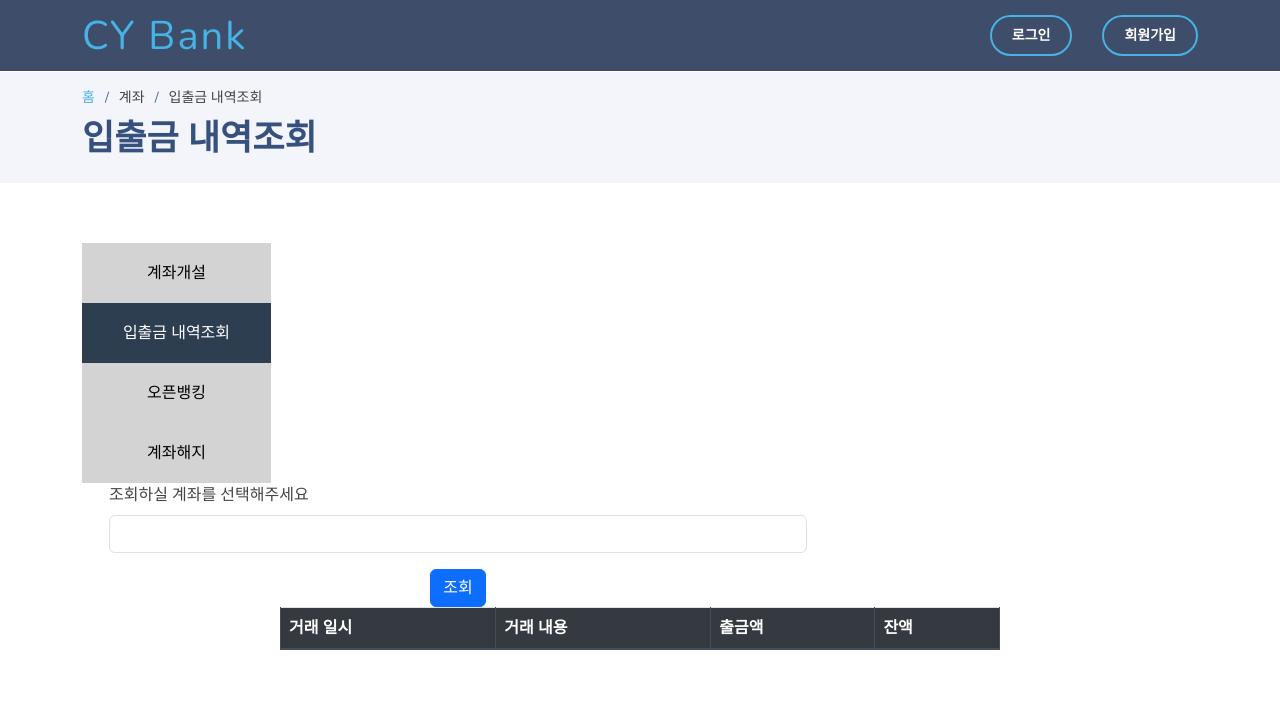
Repository: scy0814/Spring
Page: http://localhost/CYBank/jsp/transaction/TransactionHistoryProcess.jsp
The author's editor kept a copy of each file at every save. The page is drawn from the files as they stood at one save, then again after a run of saves.
The browser window is 1280 px wide. The pictures show the whole page.
The page is served by Tomcat 9. Other server files are loaded and not shown. The template is opened directly, without the code that normally fills it, so the values that code supplies are empty.

Above is the page before, as saved 2023-06-29 11:34:14.

### CYBank/src/main/webapp/jsp/transaction/TransactionHistoryProcess.jsp
<%@ page language="java" contentType="text/html; charset=UTF-8"
	pageEncoding="UTF-8"%>
<%@ taglib uri="http://java.sun.com/jsp/jstl/core" prefix="c"%>
<!DOCTYPE html>
<html>
<head>
<meta charset="UTF-8">
<title>Insert title here</title>
<link rel="stylesheet"
	href="https://stackpath.bootstrapcdn.com/bootstrap/4.5.2/css/bootstrap.min.css">
<script src="https://code.jquery.com/jquery-3.6.0.min.js"></script>
<style>
.button {
	width: 5cm;
	height: 60px;
	display: inline-block;
	padding: 10px 20px;
	border: none;
	background-color: lightgray;
	color: black;
	text-align: center;
	text-decoration: none;
	font-size: 16px;
	cursor: pointer;
	border-radius: 0;
}

#button2 {
	background-color: rgb(44, 62, 80);
	color: white;
}

.myHr {
	width: 5cm;
	margin-left: 0;
}
</style>
</head>
<header>
	<jsp:include page="/jsp/include/header.jsp" />
</header>
<body>
	<section id="breadcrumbs" class="breadcrumbs">
		<div class="container">

			<ol>
				<li><a href="/index.jsp">홈</a></li>
				<li>계좌</li>
				<li>입출금 내역조회</li>
			</ol>
			<h2 style="font-size: 35px;">입출금 내역조회</h2>

		</div>
	</section>
	<!-- End Breadcrumbs -->

	<section class="inner-page">
		<div class="container">


			<form action="${pageContext.request.contextPath}/createAccount.do"
				method="post">
				<button type="submit" class="button" id="button1">계좌개설</button>
			</form>

			<form
				action="${pageContext.request.contextPath}/transactionHistory.do"
				method="post">
				<button type="submit" class="button" id="button2">입출금 내역조회</button>
				<br>
			</form>

			<form action="${pageContext.request.contextPath}/openBanking.do"
				method="post">
				<button type="submit" class="button">오픈뱅킹</button>
				<br>
			</form>

			<form action="${pageContext.request.contextPath}/closeAccount.do"
				method="post">
				<button type="submit" class="button">계좌해지</button>
			</form>

			<form
				action="${pageContext.request.contextPath }/transactionHistoryProcess.do"
				class="transactionHistory" method="post">
				<div class="container">
					<div class="col-lg-8">
						<div class="form-group">
							<label for="accountType">조회하실 계좌를 선택해주세요</label> <select
								name="accountNum" class="form-control">
								<c:forEach var="account" items="${accountList}">
									<option value="${account.accountNum}">${account.accountNum}
										- ${account.accountName} (${account.type})</option>
								</c:forEach>
							</select>
						</div>
						<div class="text-center">
							<button type="submit" class="btn btn-primary">조회</button>
						</div>
					</div>
				</div>
			</form>

			<div class="container">
				<div class="row justify-content-center">
					<div class="col-lg-8">
						<table class="table table-striped table-bordered transactionListTable">
							<thead class="thead-dark">
								<tr>
									<th>거래 일시</th>
									<th>거래 내용</th>
									<th>출금액</th>
									<th>잔액</th>

								</tr>
							</thead>
							<tbody>
								<c:forEach var="transaction" items="${transactionList}">
									<tr>
										<td>${transaction.t_date}</td>
										<td>${transaction.t_content}</td>
										<td>${transaction.t_amount}</td>
										<td>${transaction.t_balance}</td>
									</tr>
								</c:forEach>
							</tbody>
						</table>
					</div>
				</div>
			</div>




		</div>
	</section>
</body>
</html>

### CYBank/src/main/webapp/jsp/include/header.jsp
<%@ page language="java" contentType="text/html; charset=UTF-8"
    pageEncoding="UTF-8"%>
    <%@ taglib prefix="c" uri="http://java.sun.com/jsp/jstl/core"%>
<!DOCTYPE html>
<html>
<head>
<meta charset="UTF-8">
 <!-- Favicons -->
  <link href="assets/img/favicon.png" rel="icon">
  <link href="assets/img/apple-touch-icon.png" rel="apple-touch-icon">


  <!-- Google Fonts -->
  <link href="https://fonts.googleapis.com/css?family=Open+Sans:300,300i,400,400i,600,600i,700,700i|Nunito:300,300i,400,400i,600,600i,700,700i|Poppins:300,300i,400,400i,500,500i,600,600i,700,700i" rel="stylesheet">

  <!-- Vendor CSS Files -->
  <link href="/CYBank/css/vendor/aos/aos.css" rel="stylesheet">
  <link href="/CYBank/css/vendor/bootstrap/css/bootstrap.min.css" rel="stylesheet">
  <link href="/CYBank/css/vendor/bootstrap-icons/bootstrap-icons.css" rel="stylesheet">
  <link href="/CYBank/css/vendor/glightbox/css/glightbox.min.css" rel="stylesheet">
  <link href="/CYBank/css/vendor/remixicon/remixicon.css" rel="stylesheet">
  <link href="/CYBank/css/vendor/swiper/swiper-bundle.min.css" rel="stylesheet">

  <!-- Template Main CSS File -->
  <link href="/CYBank/css/css/style.css" rel="stylesheet">
  <style>
  .fixed-top {
    position: fixed;
    z-index: 1030;
    background: #283a5ae6;
    top: 0;
    right: 0;
    left: 0;
}
  </style>

<title>Insert title here</title>
</head>
<body>
<!-- ======= Header ======= -->
  <header id="header" class="header fixed-top">
    <div class="container-fluid container-xl d-flex align-items-center justify-content-between">

      <a href="index.jsp" class="logo d-flex align-items-center">
        <span class="cybank">CY Bank</span>
      </a>
		<c:set var="isLogin" value="${empty user }" />
      <nav id="navbar" class="navbar">
        <ul>
        <c:if test="${not empty user}">
          <li><a class="nav-link scrollto active" href="index.jsp">홈</a></li>
          <li><a class="nav-link scrollto" href="${pageContext.request.contextPath }/noticeList.do">공지사항</a></li>
          <li><a class="nav-link scrollto" href="#about">오픈뱅킹</a></li>
           <li class="dropdown"><a href="${pageContext.request.contextPath }/account.do"><span>계좌</span> <i class="bi bi-chevron-down"></i></a>
            <ul>
              <li><a href="${pageContext.request.contextPath}/account.do">나의 계좌</a></li>
              <li><a href="${pageContext.request.contextPath}/createAccount.do">계좌 개설</a></li>
              <li><a href="${pageContext.request.contextPath}/transactionHistory.do">입출금 내역</a></li>
              <li><a href="${pageContext.request.contextPath}/closeAccount.do">계좌 해지</a></li>
            </ul>
          </li>
          <li><a class="nav-link scrollto" href="${pageContext.request.contextPath }/myPage.do">마이페이지</a></li>
          <li><a class="nav-link scrollto" href="${pageContext.request.contextPath }/customerCenter.do">고객센터</a></li>
          <li><a class="nav-link scrollto" href="${pageContext.request.contextPath }/logout.do">로그아웃</a></li>
          </c:if>
		<c:if test="${empty user}">
          <li><a class="getstarted scrollto" href="${pageContext.request.contextPath }/login.do">로그인</a></li>
          <li><a class="getstarted scrollto" href="${pageContext.request.contextPath }/signup.do">회원가입</a></li>
          </c:if>
        </ul>
        <i class="bi bi-list mobile-nav-toggle"></i>
      </nav><!-- .navbar -->

    </div>
  </header><!-- End Header -->
  <!-- Vendor JS Files -->
  <script src="/CYBank/css/vendor/purecounter/purecounter_vanilla.js"></script>
  <script src="/CYBank/css/vendor/aos/aos.js"></script>
  <script src="/CYBank/css/vendor/bootstrap/js/bootstrap.bundle.min.js"></script>
  <script src="/CYBank/css/vendor/glightbox/js/glightbox.min.js"></script>
  <script src="/CYBank/css/vendor/isotope-layout/isotope.pkgd.min.js"></script>
  <script src="/CYBank/css/vendor/swiper/swiper-bundle.min.js"></script>
  <script src="/CYBank/css/vendor/php-email-form/validate.js"></script>

  <!-- Template Main JS File -->
  <script src="/CYBank/css/js/main.js"></script>

</body>
</html>

Loaded but not shown: CYBank/src/main/webapp/css/js/main.js (258 lines, source omitted); CYBank/src/main/webapp/css/css/style.css (1830 lines, source omitted)

After the next 2 saves:
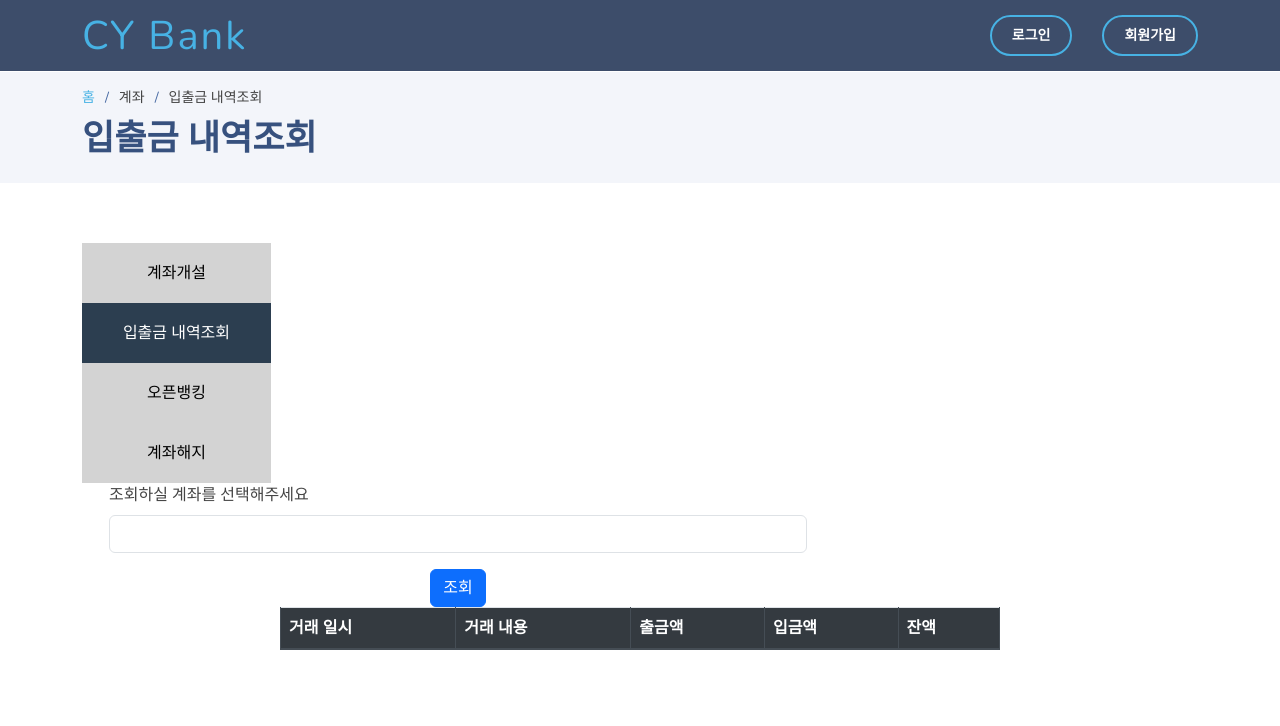
The 2 saves are shown as one change because they came seconds apart.
The last was saved 7 min 54 s later.
--- a/CYBank/src/main/webapp/jsp/transaction/TransactionHistoryProcess.jsp
+++ b/CYBank/src/main/webapp/jsp/transaction/TransactionHistoryProcess.jsp
@@ -111,6 +111,7 @@
 									<th>거래 일시</th>
 									<th>거래 내용</th>
 									<th>출금액</th>
+									<th>입금액</th>
 									<th>잔액</th>
 
 								</tr>
@@ -120,6 +121,7 @@
 									<tr>
 										<td>${transaction.t_date}</td>
 										<td>${transaction.t_content}</td>
+										<td>${transaction.t_amount}</td>
 										<td>${transaction.t_amount}</td>
 										<td>${transaction.t_balance}</td>
 									</tr>
